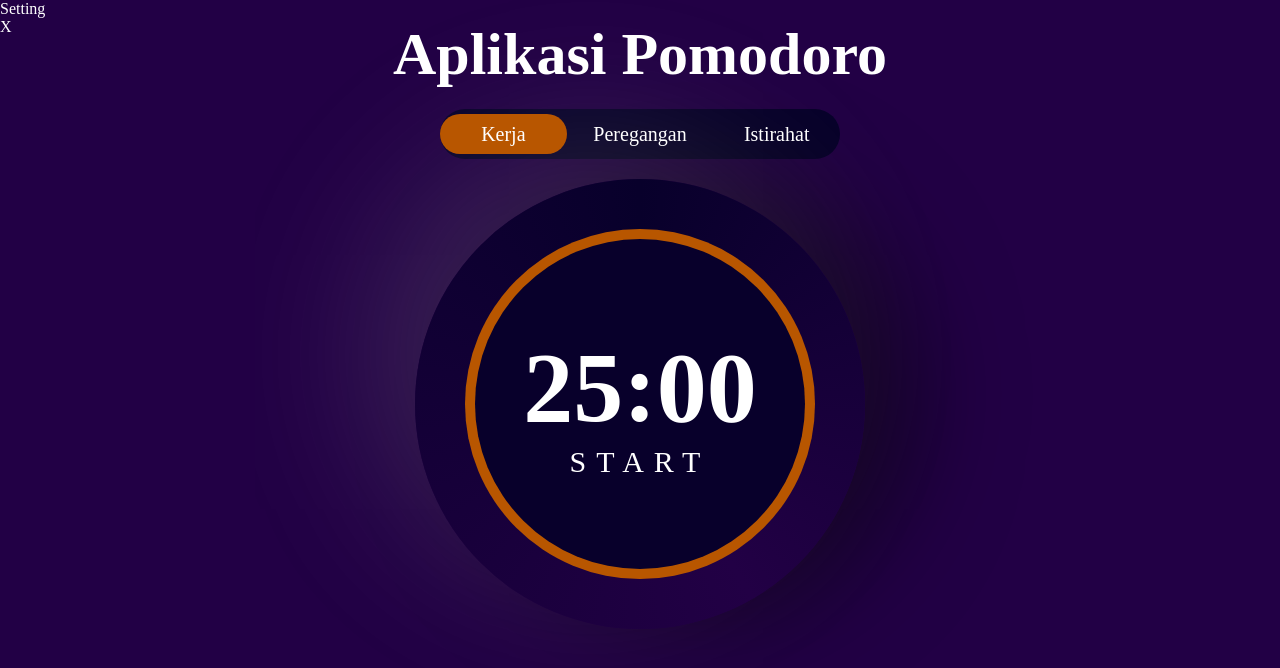
Repository: sellayspy/aplikasiPomodoro
Page: /
The author's editor kept a copy of each file at every save. The page is drawn from the files as they stood at one save, then again after the next save.
The browser window is 1280 px wide. The pictures show the whole page.
The project was rebuilt for these pictures with package versions that can differ from the ones it lists, and the page was loaded fresh each time. Also part of the build but not shown: vite.config.js.

Above is the page before, as saved 2024-11-25 16:08:51.

### index.html
<!DOCTYPE html>
<html lang="en">
  <head>
    <meta charset="UTF-8" />
    <link rel="icon" type="image/svg+xml" href="/vite.svg" />
    <meta name="viewport" content="width=device-width, initial-scale=1.0" />
    <title>Aplikasi Pomodoro</title>
  </head>
  <body>
    <div id="root"></div>
    <script type="module" src="/src/main.jsx"></script>
  </body>
</html>

### src/main.jsx
import { StrictMode } from "react";
import { createRoot } from "react-dom/client";
import { createGlobalStyle, ThemeProvider } from "styled-components";
import App from "./App.jsx";
import StateProvider from "./components/StateProvider.jsx";

const GlobalStyle = createGlobalStyle`

*{
  margin: 0;
  padding: 0;
  box-sizing: border-box;
}

  html,body{
    background-color: ${(props) => props.theme.colors.bg};;
    font-size: 62.5%;
  }

  body{
    font-size: 1.6rem;
    color: white;
  }

`;

const theme = {
  colors: {
    primary: "#b85600",
    secondary: "#08002b",
    bg: "#220045",
  },
};

createRoot(document.getElementById("root")).render(
  <StrictMode>
    <StateProvider>
      <ThemeProvider theme={theme}>
        <GlobalStyle />
        <App />
      </ThemeProvider>
    </StateProvider>
  </StrictMode>
);

### src/App.jsx
import styled from "styled-components";
import Judul from "./components/Judul";
import Timer from "./components/Timer";
import Modal from "./components/Settings/Modal";

function App() {
  return (
    <>
      <Modal />
      <Title>Aplikasi Pomodoro</Title>
      <Judul />
      <Timer />
    </>
  );
}

export default App;

const Title = styled.h1`
  font-size: 6rem;
  padding: 2rem 0;
  text-align: center;
`;

### src/components/StateProvider.jsx
import { createContext, useEffect, useState } from "react";
export const StateContext = createContext();

const StateProvider = ({ children }) => {
  const [waktuKerja, setWaktuKerja] = useState(25 * 60);
  const [peregangan, setPeregangan] = useState(5 * 60);
  const [istirahat, setIstirahat] = useState(30 * 60);

  const [initialWaktu, setInitialWaktu] = useState(0);

  const [activeJudul, setActiveJudul] = useState(0);
  const [progress, setProgress] = useState(55);
  const [time, setTime] = useState(500);
  const [isActive, setIsActive] = useState(false);

  useEffect(() => {
    switch (activeJudul) {
      case 0:
        setTime(waktuKerja);
        setInitialWaktu(waktuKerja);
        break;
      case 1:
        setTime(peregangan);
        setInitialWaktu(peregangan);
        break;
      case 2:
        setTime(istirahat);
        setInitialWaktu(istirahat);
        break;
      default:
        break;
    }
  }, [activeJudul, waktuKerja, peregangan, istirahat]);

  return (
    <StateContext.Provider
      value={{
        activeJudul,
        setActiveJudul,
        progress,
        setProgress,
        isActive,
        setIsActive,
        time,
        setTime,
        initialWaktu,
        setInitialWaktu,
      }}
    >
      {children}
    </StateContext.Provider>
  );
};

export default StateProvider;

### src/components/Judul.jsx
import styled, { css } from "styled-components";
import { useContext } from "react";
import { StateContext } from "./StateProvider";

const Judul = () => {
  const { activeJudul, setActiveJudul } = useContext(StateContext);

  const handleJudulClick = (index) => {
    setActiveJudul(index);
  };
  return (
    <JudulContainer>
      {["Kerja", "Peregangan", "Istirahat"].map((tag, i) => (
        <Tag
          onClick={() => handleJudulClick(i)}
          active={activeJudul === i}
          key={i}
        >
          {tag}
        </Tag>
      ))}
    </JudulContainer>
  );
};

export default Judul;

const JudulContainer = styled.div`
  background: ${(props) => props.theme.colors.secondary};
  height: 5rem;
  width: 40rem;
  margin: 0 auto;
  border-radius: 5rem;
  display: flex;
  gap: 1rem;
  align-items: center;
`;

const Tag = styled.button`
  all: unset;
  height: 4rem;
  text-align: center;
  border-radius: 5rem;
  flex: 1;
  font-size: 2rem;

  ${({ active }) =>
    active &&
    css`
      background: ${(props) => props.theme.colors.primary};
    `}
`;

### src/components/Timer.jsx
import styled from "styled-components";
import TimerProgress from "./TimerProgress";

const Timer = () => {
  return (
    <TimerContainer>
      <TimerProgress />
    </TimerContainer>
  );
};

export default Timer;

const TimerContainer = styled.div`
  background: conic-gradient(
    ${(props) => props.theme.colors.secondary},
    ${(props) => props.theme.colors.bg} 150deg,
    ${(props) => props.theme.colors.secondary}
  );

  width: 45rem;
  height: 45rem;

  margin: 2rem auto;
  border-radius: 50%;
  display: grid;
  place-items: center;
  box-shadow: -50px -50px 150px rgba(158, 158, 158, 0.2),
    50px -10px 100px rgba(0, 0, 0, 0.5);
`;

### src/components/Settings/Modal.jsx
import Backdrop from "./Backdrop";
import ModalContainer from "./ModalContainer";

const Modal = () => {
  return (
    <>
      <Backdrop />
      <ModalContainer />
    </>
  );
};

export default Modal;

### src/components/TimerProgress.jsx
import { useContext, useEffect } from "react";
import styled from "styled-components";
import Waktu from "./Waktu";
import { StateContext } from "./StateProvider";
import Timer from "./Timer";

const TimerProgress = () => {
  const { progress, setProgress, time, initialWaktu } =
    useContext(StateContext);

  useEffect(() => {
    setProgress(time / (initialWaktu / 100));
  }, [setProgress, time]);

  return (
    <OuterCircle progress={progress}>
      <InnerCircle>
        <Waktu />
      </InnerCircle>
    </OuterCircle>
  );
};

export default TimerProgress;

const OuterCircle = styled.div`
  width: 35rem;
  height: 35rem;

  border-radius: 50%;
  display: grid;
  place-items: center;
  background: conic-gradient(
    ${(props) => props.theme.colors.primary} ${({ progress }) => progress}%,
    transparent ${({ progress }) => progress}%
  );
`;

const InnerCircle = styled.div`
  width: 33rem;
  height: 33rem;
  background: ${(props) => props.theme.colors.secondary};

  border-radius: 50%;
  display: grid;
  place-items: center;
`;

### src/components/Settings/Backdrop.jsx
import styled from "styled-components";

const Backdrop = () => {
  return <kBackdroop></kBackdroop>;
};

export default Backdrop;

const kBackdroop = styled.div`
  width: 100%;
  height: 100%;
  position: fixed;
  top: 0;
  left: 0;
  z-index: 100;
`;

### src/components/Settings/ModalContainer.jsx
import styled from "styled-components";

const ModalContainer = () => {
  return (
    <Container>
      <ModalContent>
        <ModalHeader>
          <ModalTitle>Setting</ModalTitle>
          <ModalCloseButton>X</ModalCloseButton>
        </ModalHeader>
        <ModalBody></ModalBody>
      </ModalContent>
    </Container>
  );
};

export default ModalContainer;

const Container = styled.div`
  position: absolute;
`;
const ModalContent = styled.div``;
const ModalHeader = styled.div``;
const ModalTitle = styled.div``;
const ModalCloseButton = styled.div``;
const ModalBody = styled.div``;

### src/components/Waktu.jsx
import { useEffect, useContext } from "react";
import styled from "styled-components";
import { StateContext } from "./StateProvider";

const Waktu = () => {
  const { time, setTime, isActive, setIsActive, initialWaktu } =
    useContext(StateContext);
  useEffect(() => {
    if (isActive && time > 0) {
      const interval = setInterval(() => {
        setTime((time) => time - 1);
      }, 1000);

      return () => clearInterval(interval);
    }
  }, [time, isActive]);

  const buttonClick = () => {
    setIsActive(!isActive);
  };

  const buttonReset = () => {
    setTime(initialWaktu);
    setIsActive(false);
  };

  const getTime = (time) => {
    const min = Math.floor(time / 60);
    const sec = time % 60;
    return `${min < 10 ? "0" + min : min}:${sec < 10 ? "0" + sec : sec}`;
  };

  return (
    <ClockContainer>
      <TimerText>{getTime(time)}</TimerText>
      <StartPauseButton onClick={buttonClick}>
        {isActive ? "Pause" : "Start"}
      </StartPauseButton>
      {time === 0 && <ResetButton onClick={buttonReset}>RESET</ResetButton>}
    </ClockContainer>
  );
};

export default Waktu;
const ClockContainer = styled.div`
  display: grid;
  place-items: center;
`;

const TimerText = styled.h3`
  font-size: 10rem;
`;

const StartPauseButton = styled.button`
  all: unset;
  text-align: center;
  font-size: 3rem;
  text-transform: uppercase;
  letter-spacing: 1rem;
`;

const ResetButton = styled(StartPauseButton)`
  color: red;
`;

After the next save:
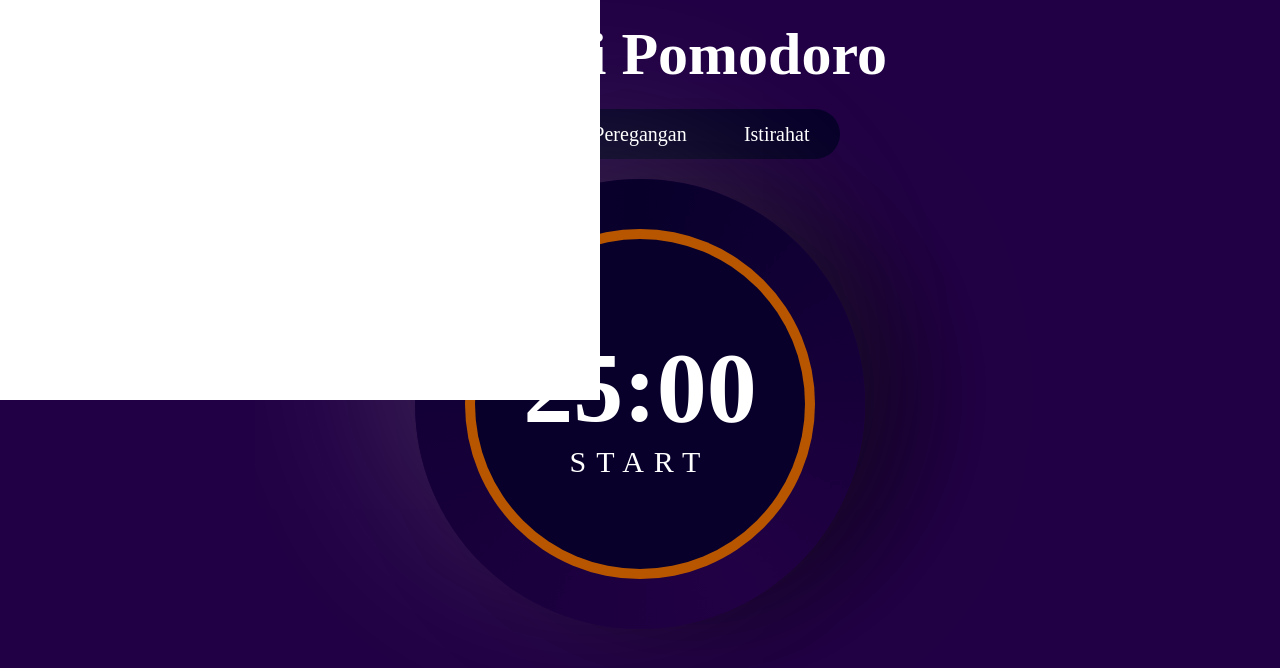
Saved 50 s later.
--- a/src/components/Settings/ModalContainer.jsx
+++ b/src/components/Settings/ModalContainer.jsx
@@ -19,7 +19,13 @@ export default ModalContainer;
 const Container = styled.div`
   position: absolute;
 `;
-const ModalContent = styled.div``;
+
+const ModalContent = styled.div`
+  width: 60rem;
+  height: 40rem;
+  background-color: white;
+`;
+
 const ModalHeader = styled.div``;
 const ModalTitle = styled.div``;
 const ModalCloseButton = styled.div``;
